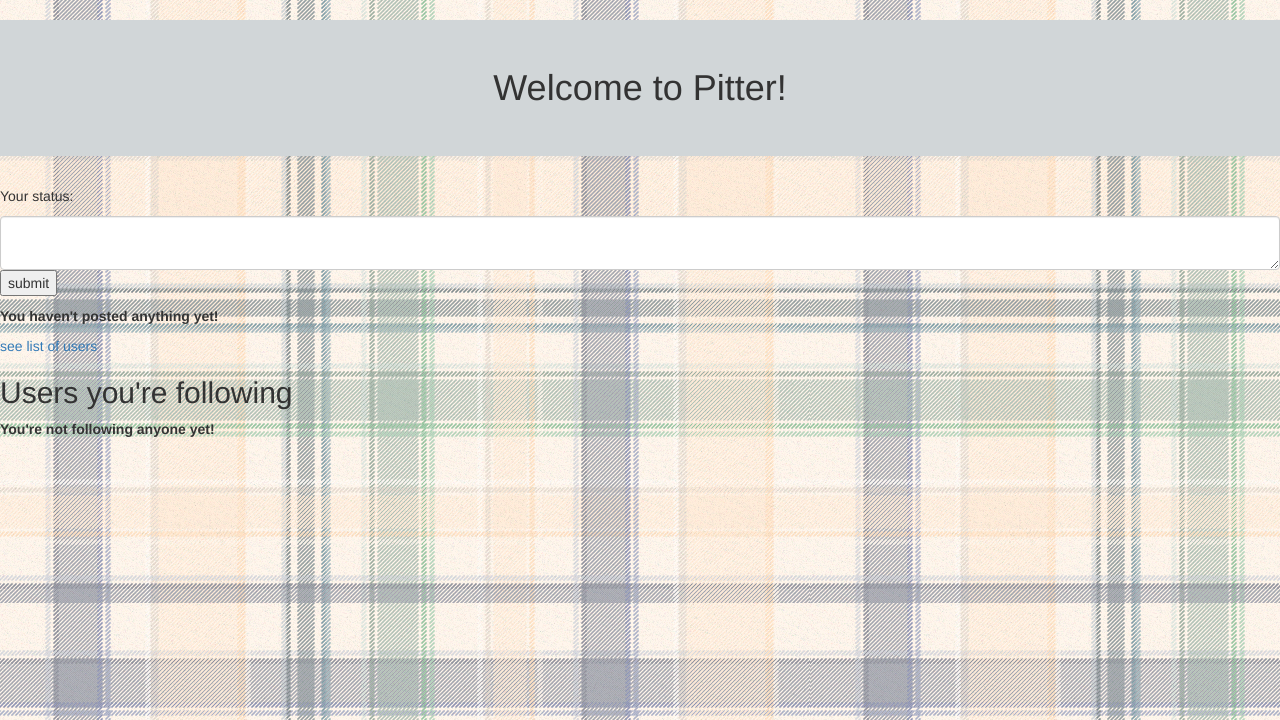
Repository: PercyODI/pitter
Page: http://localhost/
The author's editor kept a record of every edit. The page is drawn from the files as they stood at one moment, then again after the next edit.
The browser window is 1280 px wide. The pictures show the whole page.
The page is run by PHP 8.4 with error messages shown; the project is at /var/www/html/. Queries for data that is not in the repository find no rows.

Above is the page before.

After the next edit:
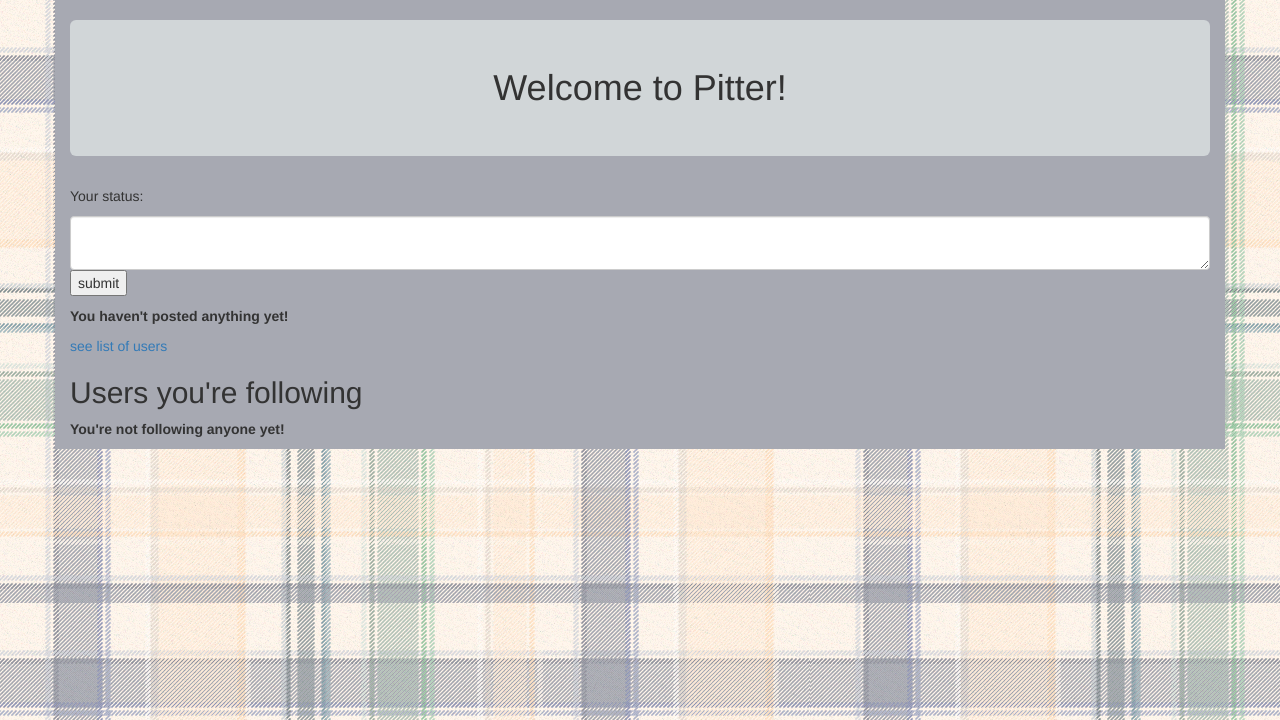
The edit:
--- a/index.php
+++ b/index.php
@@ -13,9 +13,9 @@
         <link href="css/bootstrap.css" rel="stylesheet">
     </head>
     <body>
-        <br>
-        <h1 class="jumbotron centerfy" style='background-color: #D1D6D8'>Welcome to Pitter!</h1>
-
+        <div class="container" style="background-color: #A7A9B2">
+            <br>
+            <h1 class="jumbotron centerfy" style='background-color: #D1D6D8'>Welcome to Pitter!</h1>
             <?php
                 if(isset($_SESSION['message'])) {
                     echo "<div class='alert alert-info fade in'><a href='#' class='close' data-dismiss='alert'>&times;</a>" . $_SESSION['message'] . "</div>";
